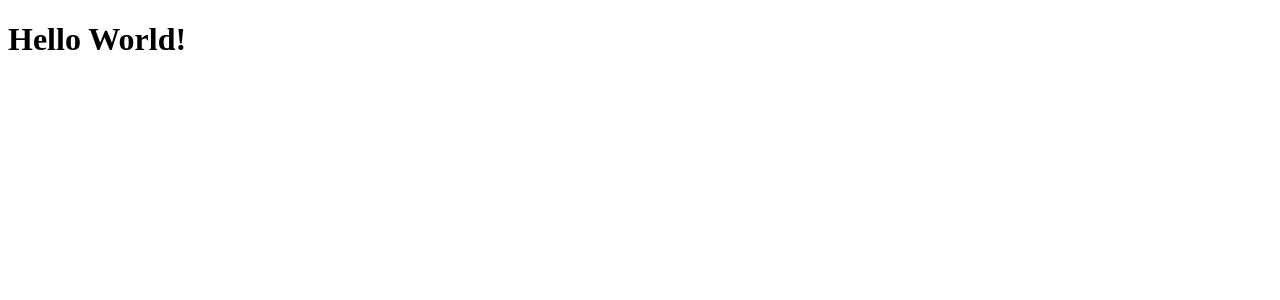
Repository: guilhermecardoso93/dtmoney-reactjs-ignite
Page: /
The author's editor kept a copy of each file at every save. The page is drawn from the files as they stood at one save, then again after the next save.
The browser window is 1280 px wide. The pictures show the whole page.
The project was rebuilt for these pictures with package versions that can differ from the ones it lists, and the page was loaded fresh each time. Also part of the build but not shown: vite.config.ts.

Above is the page before, as saved 2022-08-15 20:06:48.

After the next save:
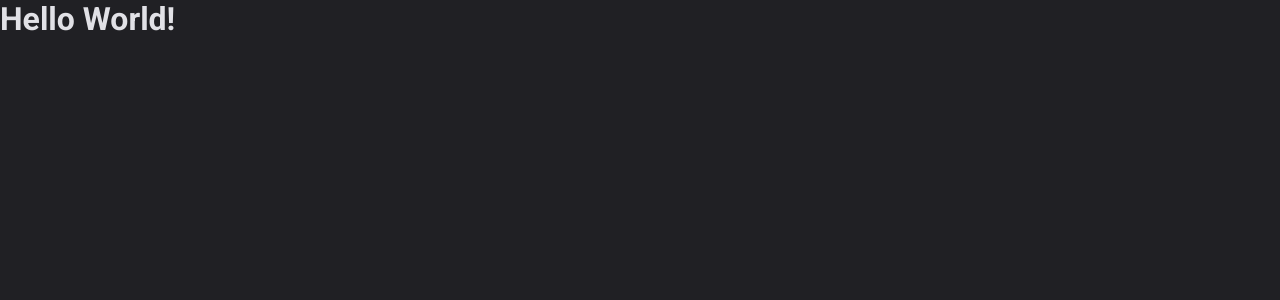
Saved 30 s later.
--- a/src/App.tsx
+++ b/src/App.tsx
@@ -1,10 +1,12 @@
 import { ThemeProvider } from "styled-components";
+import { GlobalStyle } from "./styles/global";
 import { defaultTheme } from "./styles/themes/default";
 
 export function App() {
   return (
     <ThemeProvider theme={defaultTheme}>
-      <h1>Hello World!</h1>
+      <GlobalStyle/>
+        <h1>Hello World!</h1>
     </ThemeProvider>
   );
 }
